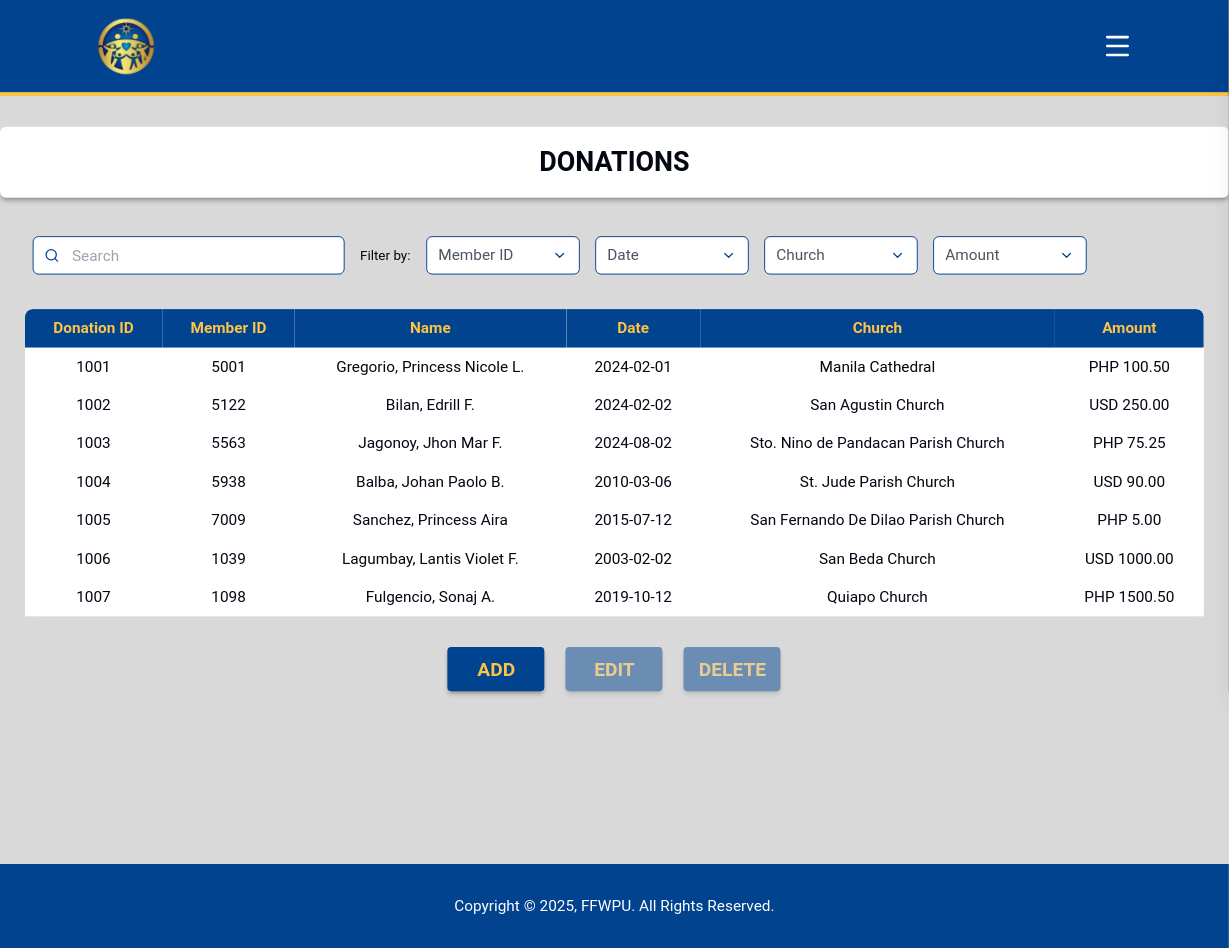
Repository: CoderTofu/FFWPU_System
Page: /donation
The author's editor kept a copy of each file at every save. The page is drawn from the files as they stood at one save, then again after the next save.
The browser window is 1280 px wide. The pictures show the whole page, at 96% of full size.
The project was rebuilt for these pictures with package versions that can differ from the ones it lists, and the page was loaded fresh each time. The framework's server and built-in components were replaced by stand-ins that run in the browser. Also part of the build but not shown: next.config.ts, src/components/NavbarPublic.tsx, src/components/FooterPublic.tsx, src/lib/utils.ts, src/components/ui/dialog.tsx, src/components/ui/button.tsx, src/components/Modal.tsx.

Above is the page before, as saved 2025-03-07 10:15:36.

After the next save:
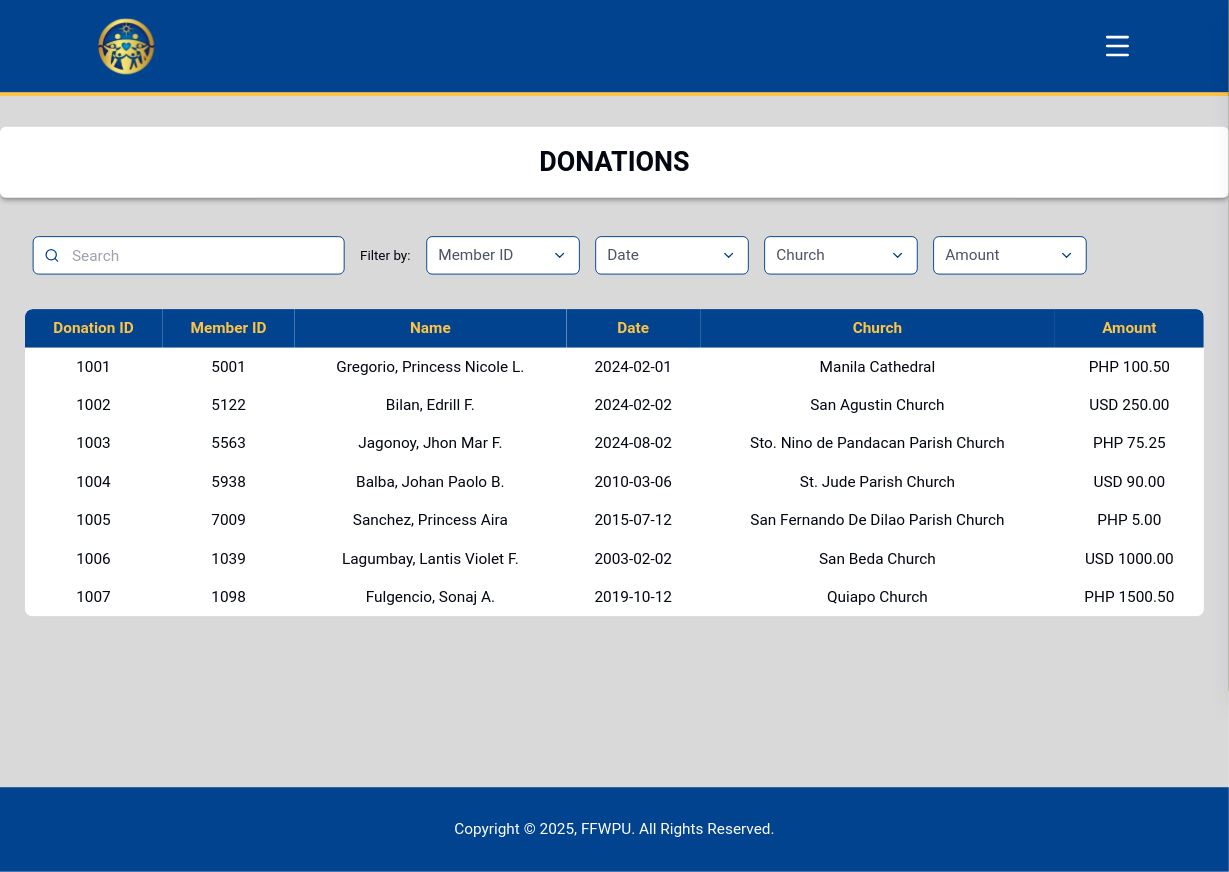
Saved 5 min 44 s later.
--- a/src/app/(private)/donation/page.tsx
+++ b/src/app/(private)/donation/page.tsx
@@ -1,3 +1,4 @@
+// donation.tsx
 "use client";
 
 import { useState, useEffect } from "react";
@@ -19,11 +20,11 @@
   const [selectedRow, setSelectedRow] = useState<{ ID: number } | null>(null);
   const router = useRouter();
   const [isExiting, setIsExiting] = useState(false);
-  const [openSortDropdown, setOpenSortDropdown] = useState<string | null>(null); // For sorting dropdown
+  const [openSortDropdown, setOpenSortDropdown] = useState<string | null>(null); // For sorting dropdowns
   const [showDeleteModal, setShowDeleteModal] = useState(false);
+  const [searchTerm, setSearchTerm] = useState<string>('');
   const [sortedData, setSortedData] = useState<DataItem[]>([]);
   const [originalData, setOriginalData] = useState<DataItem[]>([]);
-  const [sortDirection, setSortDirection] = useState<'asc' | 'desc'>('asc');
 
   const data: DataItem[] = [
     { "Donation ID": 1001, "Member ID": 5001, Name: "Gregorio, Princess Nicole L.", Date: "2024-02-01", Church: "Manila Cathedral", Amount: "PHP 100.50" },
@@ -50,33 +51,38 @@
     setOpenSortDropdown(openSortDropdown === dropdown ? null : dropdown);
   };
 
-  const sortData = (key: keyof DataItem) => {
-    const sorted = [...sortedData];
-
-    sorted.sort((a, b) => {
-      if (sortDirection === 'asc') {
-        return a[key] > b[key] ? 1 : -1; // Ascending order
+  const handleSort = (key: keyof DataItem, order: "asc" | "desc") => {
+    const sorted = [...originalData].sort((a, b) => {
+      if (key === "Amount") {
+        const aAmount = parseFloat(a.Amount.replace(/[^0-9.]/g, ''));
+        const bAmount = parseFloat(b.Amount.replace(/[^0-9.]/g, ''));
+        return order === "asc" ? aAmount - bAmount : bAmount - aAmount;
       } else {
-        return a[key] < b[key] ? 1 : -1; // Descending order
+        if (a[key] < b[key]) return order === "asc" ? -1 : 1;
+        if (a[key] > b[key]) return order === "asc" ? 1 : -1;
+        return 0;
       }
     });
 
     setSortedData(sorted);
-    setSortDirection(sortDirection === 'asc' ? 'desc' : 'asc'); // Toggle the direction
   };
 
-  const handleAddClick = () => {
-    setIsExiting(true);
-    setTimeout(() => {
-      router.push('/donation/add-donation');
-    }, 400);
-  };
+  const handleSearch = (term: string) => {
+    setSearchTerm(term);
+    if (!term) {
+      setSortedData(originalData);
+      return;
+    }
 
-  const handleEditClick = () => {
-    setIsExiting(true);
-    setTimeout(() => {
-      router.push('/donation/edit-donation');
-    }, 400);
+    const filtered = originalData.filter((item) =>
+      item.Name.toLowerCase().includes(term.toLowerCase()) ||
+      item.Church.toLowerCase().includes(term.toLowerCase()) ||
+      String(item["Donation ID"]).includes(term) ||
+      String(item["Member ID"]).includes(term) ||
+      item.Amount.includes(term) ||
+      item.Date.includes(term)
+    );
+    setSortedData(filtered);
   };
 
   return (
@@ -87,46 +93,16 @@
 
       <div className="w-full max-w-6xl flex flex-wrap items-start justify-start gap-4 p-4 mt-6 ml-[18px]">
         <DonationModals
-          openSortDropdown={openSortDropdown} // Pass sorting dropdown state
-          toggleSortDropdown={toggleSortDropdown} // Pass sorting dropdown toggle
-          handleSort={() => {}}
+          openSortDropdown={openSortDropdown}
+          toggleSortDropdown={toggleSortDropdown}
+          handleSort={handleSort}
         />
       </div>
 
       <div className="overflow-hidden rounded-lg mt-5 mx-auto sm:w-[90%] md:w-[90%] lg:w-[90%] xl:w-[96%] items-center justify-center">
         <div className="bg-white">
-          <Table data={sortedData} columns={column} onRowSelect={setSelectedRow} />
+          <Table data={sortedData} columns={column} />
         </div>
-
-        <div className="font-bold text-[#FCC346] text-[20px] mt-[32px] mb-[180px] flex flex-wrap justify-center gap-[22px]">
-          <button onClick={handleAddClick} className="w-[101px] bg-[#01438F] p-2 rounded-sm shadow-md shadow-black/25">
-            ADD
-          </button>
-
-          <button
-            onClick={() => { console.log(selectedRow); setSelectedRow(null); handleEditClick() }}
-            disabled={!selectedRow}
-            className={`${selectedRow ? "w-[101px] bg-[#01438F] p-2 rounded-sm shadow-md shadow-black/25" : "w-[101px] bg-[#01438F] p-2 rounded-sm shadow-md shadow-black/25 opacity-50 cursor-not-allowed"}`}
-          >
-            EDIT
-          </button>
-
-          <button
-            onClick={() => setShowDeleteModal(true)}
-            disabled={!selectedRow}
-            className={`${selectedRow ? "w-[101px] bg-[#01438F] p-2 rounded-sm shadow-md shadow-black/25" : "w-[101px] bg-[#01438F] p-2 rounded-sm shadow-md shadow-black/25 opacity-50 cursor-not-allowed"}`}
-          >
-            DELETE
-          </button>
-        </div>
-
-        {showDeleteModal && (
-          <Modal
-            isOpen={showDeleteModal}
-            onClose={() => setShowDeleteModal(false)}
-            onConfirm={() => { console.log(""); setShowDeleteModal(false); }}
-          />
-        )}
       </div>
     </div>
   );

After the 2 saves that followed:
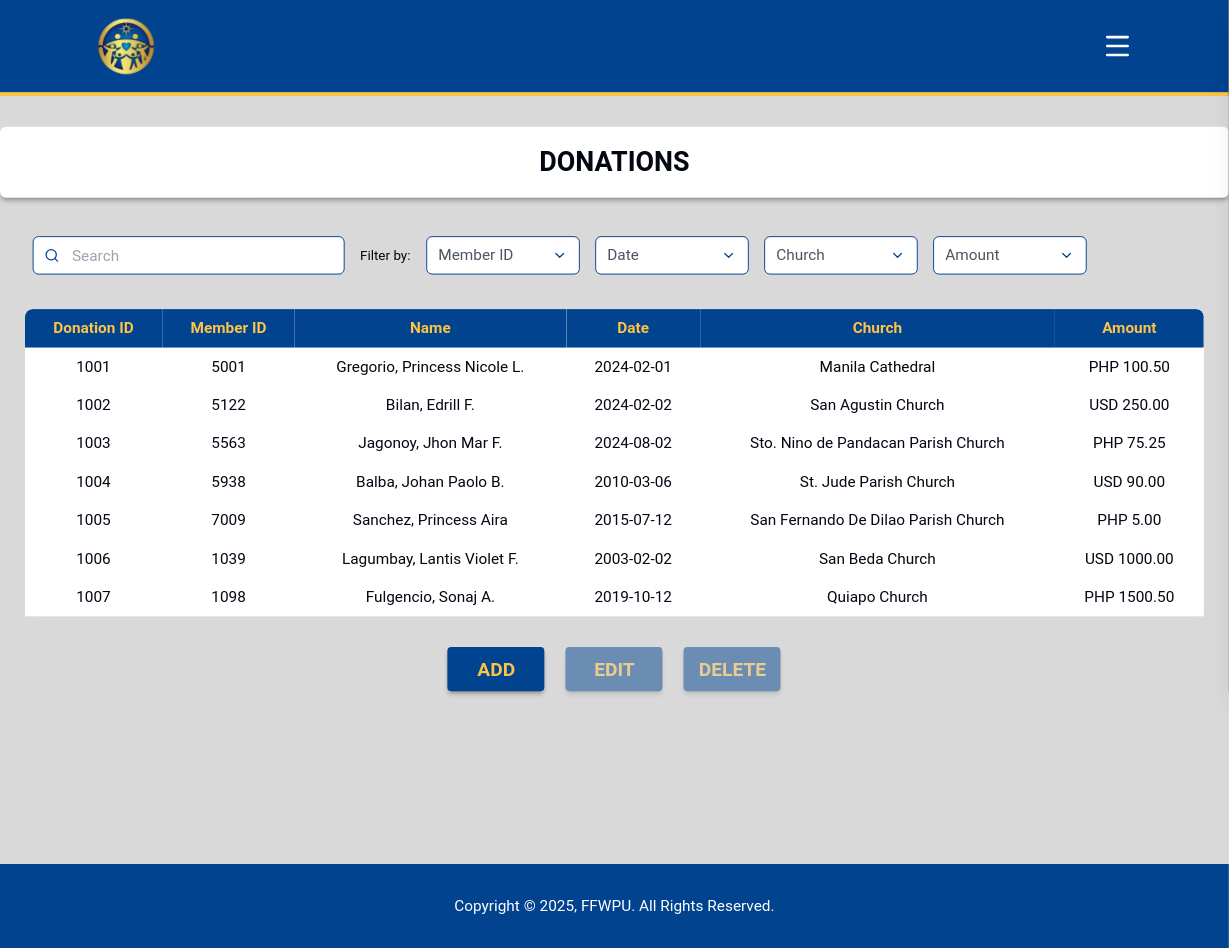
The 2 saves are shown as one change because 1 left the picture as it was.
The last was saved 7 min 21 s later.
--- a/src/app/(private)/donation/page.tsx
+++ b/src/app/(private)/donation/page.tsx
@@ -85,6 +85,20 @@
     setSortedData(filtered);
   };
 
+  const handleAddClick = () => {
+    setIsExiting(true);
+    setTimeout(() => {
+      router.push('/donation/add-donation');
+    }, 400);
+  };
+
+  const handleEditClick = () => {
+    setIsExiting(true);
+    setTimeout(() => {
+      router.push('/donation/edit-donation');
+    }, 400);
+  };
+
   return (
     <div className="bg-[#D9D9D9] min-h-screen flex flex-col">
       <div className="w-full mx-auto max-w-[1450px] flex flex-col md:flex-row justify-center items-center bg-white rounded-md shadow-md shadow-black/25 p-4 mt-8">
@@ -101,9 +115,39 @@
 
       <div className="overflow-hidden rounded-lg mt-5 mx-auto sm:w-[90%] md:w-[90%] lg:w-[90%] xl:w-[96%] items-center justify-center">
         <div className="bg-white">
-          <Table data={sortedData} columns={column} />
+          <Table data={sortedData} columns={column} onRowSelect={setSelectedRow} />
         </div>
-      </div>
+
+        <div className="font-bold text-[#FCC346] text-[20px] mt-[32px] mb-[180px] flex flex-wrap justify-center gap-[22px]">
+          <button onClick={handleAddClick} className="w-[101px] bg-[#01438F] p-2 rounded-sm shadow-md shadow-black/25">
+        ADD
+      </button>
+
+      <button
+        onClick={() => { console.log(selectedRow); setSelectedRow(null); handleEditClick() }}
+        disabled={!selectedRow}
+        className={`${selectedRow ? "w-[101px] bg-[#01438F] p-2 rounded-sm shadow-md shadow-black/25" : "w-[101px] bg-[#01438F] p-2 rounded-sm shadow-md shadow-black/25 opacity-50 cursor-not-allowed"}`}
+      >
+        EDIT
+      </button>
+
+      <button
+        onClick={() => setShowDeleteModal(true)}
+        disabled={!selectedRow}
+        className={`${selectedRow ? "w-[101px] bg-[#01438F] p-2 rounded-sm shadow-md shadow-black/25" : "w-[101px] bg-[#01438F] p-2 rounded-sm shadow-md shadow-black/25 opacity-50 cursor-not-allowed"}`}
+      >
+        DELETE
+      </button>
     </div>
+
+    {showDeleteModal && (
+      <Modal
+        isOpen={showDeleteModal}
+        onClose={() => setShowDeleteModal(false)}
+        onConfirm={() => { console.log(""); setShowDeleteModal(false); }}
+      />
+    )}
+  </div>
+  </div>
   );
 }
--- a/src/components/DonationModals.tsx
+++ b/src/components/DonationModals.tsx
@@ -22,7 +22,6 @@
   handleSort,
   openSortDropdown,
   toggleSortDropdown,
-
 }: FilterDropdownProps) {
   const dropdownRef = useRef<HTMLDivElement>(null);
   const [selectedFilters, setSelectedFilters] = useState<{ [key: string]: string }>({});
